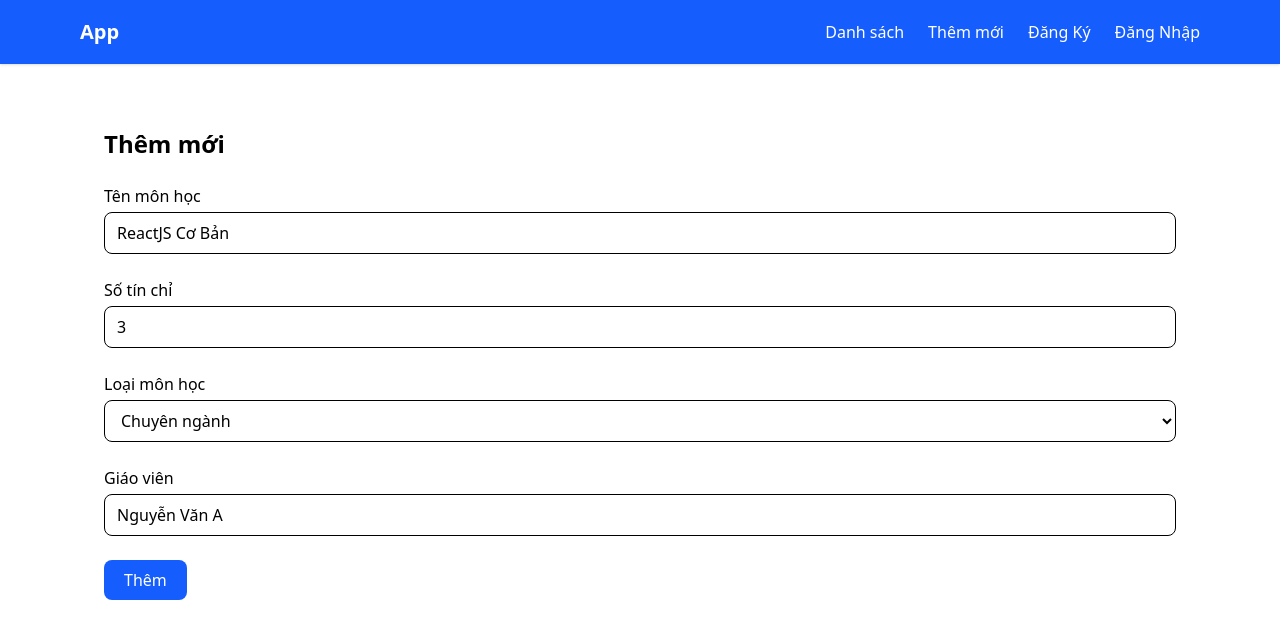
Repository: DODUCHUY195/Lap_Trinh_TypeScript
Page: /add
An editor plug-in stored every save of this project. The page is shown before and after the next save, followed by the edit.
The browser window is 1280 px wide. The pictures show the whole page.
The project was rebuilt for these pictures with package versions that can differ from the ones it lists, and the page was loaded fresh each time. Also part of the build but not shown: vite.config.ts, src/pages/List.tsx, src/pages/Edit.tsx, src/pages/AuthPage.tsx.

Above is the page before, as saved 2026-01-26 19:37:38.

### src/App.tsx
import { Toaster } from "react-hot-toast";
import { Link, Routes, Route } from "react-router-dom";

import List from "./pages/List";
import Add from "./pages/Add";
import Edit from "./pages/Edit";
import AuthPage from "./pages/AuthPage";


function App() {


  return (
    <>
      {/* NAVBAR */}

      <nav className="bg-blue-600 text-white shadow">
        <div className="max-w-6xl mx-auto px-4 h-16 flex items-center justify-between">
          <Link to="/" className="text-xl font-semibold">
            <strong>App</strong>
          </Link>

          <div className="flex items-center space-x-6">
            <Link to="/" className="hover:text-gray-200">
              Danh sách
            </Link>
            <Link to="/add" className="hover:text-gray-200">
              Thêm mới
            </Link>
             <Link to="/register" className="hover:text-gray-200">
              Đăng Ký
            </Link>
            <Link to="/login" className="hover:text-gray-200">
              Đăng Nhập
            </Link>
          </div>
        </div>
      </nav>

      <div className="max-w-6xl mx-auto mt-10 px-4">
        <Routes>
          <Route path="/" element={<List />} />
          <Route path="/add" element={<Add />} />
          <Route path="/edit/:id" element={<Edit />} />
          <Route path="/register" element={<AuthPage />} />
          <Route path="/login" element={<AuthPage isLogin={true} />} />

        </Routes>
      </div>

      <Toaster />
    </>
  );
}

export default App;

### src/pages/Add.tsx
import { useNavigate } from "react-router-dom";
import { useForm } from "react-hook-form";
import toast from "react-hot-toast";
import axios from "axios";

type FormData = {
  name: string;
  credit: number;
  category: "Cơ sở" | "Chuyên ngành" | "Đại cương";
  teacher: string;
};

function AddPage() {
  const navigate = useNavigate();
  const {
    register,
    handleSubmit,
    formState: { errors, isSubmitting },
  } = useForm<FormData>({
    mode: "onBlur",
    defaultValues: {
      name: "ReactJS Cơ Bản",
      credit: 3,
      category: "Chuyên ngành",
      teacher: "Nguyễn Văn A",
    },
  });

  const onSubmit = async (values: FormData) => {
    try {
      await axios.post("/api/subjects", values);
      toast.success("Thêm thành công");
      navigate("/");
    } catch {
      toast.error("Thêm thất bại");
    }
  };

  return (
    <div className="p-6">
      <h1 className="text-2xl font-semibold mb-6">Thêm mới</h1>
      <form className="space-y-6" onSubmit={handleSubmit(onSubmit)}>
        <div>
          <label htmlFor="name" className="block font-medium mb-1">
            Tên môn học
          </label>
          <input
            id="name"
            type="text"
            className="w-full border rounded-lg px-3 py-2 focus:outline-none focus:ring-2 focus:ring-blue-500"
            {...register("name", { required: "Bắt buộc", minLength: { value: 4, message: "Tên phải > 3 ký tự" } })}
          />
          {errors.name && <p className="text-red-600 mt-1">{errors.name.message}</p>}
        </div>

        <div>
          <label htmlFor="credit" className="block font-medium mb-1">
            Số tín chỉ
          </label>
          <input
            id="credit"
            type="number"
            className="w-full border rounded-lg px-3 py-2 focus:outline-none focus:ring-2 focus:ring-blue-500"
            {...register("credit", {
              valueAsNumber: true,
              required: "Bắt buộc",
              validate: (v) => (v > 0 ? true : "Số tín chỉ phải > 0"),
            })}
          />
          {errors.credit && <p className="text-red-600 mt-1">{errors.credit.message}</p>}
        </div>

        <div>
          <label htmlFor="category" className="block font-medium mb-1">
            Loại môn học
          </label>
          <select
            id="category"
            className="w-full border rounded-lg px-3 py-2 bg-white focus:outline-none focus:ring-2 focus:ring-blue-500"
            {...register("category", { required: "Bắt buộc" })}
          >
            <option value="Cơ sở">Cơ sở</option>
            <option value="Chuyên ngành">Chuyên ngành</option>
            <option value="Đại cương">Đại cương</option>
          </select>
          {errors.category && <p className="text-red-600 mt-1">{errors.category.message}</p>}
        </div>

        <div>
          <label htmlFor="teacher" className="block font-medium mb-1">
            Giáo viên
          </label>
          <input
            id="teacher"
            type="text"
            className="w-full border rounded-lg px-3 py-2 focus:outline-none focus:ring-2 focus:ring-blue-500"
            {...register("teacher", { required: "Bắt buộc", minLength: { value: 4, message: "Giáo viên phải > 3 ký tự" } })}
          />
          {errors.teacher && <p className="text-red-600 mt-1">{errors.teacher.message}</p>}
        </div>

        <button
          type="submit"
          disabled={isSubmitting}
          className="px-5 py-2 bg-blue-600 text-white rounded-lg hover:bg-blue-700 transition disabled:opacity-50"
        >
          {isSubmitting ? "Đang thêm..." : "Thêm"}
        </button>
      </form>
    </div>
  );
}

export default AddPage;

Loaded but not shown: index.html (common file); src/main.tsx (common file); src/index.css (common file)

After the next save:
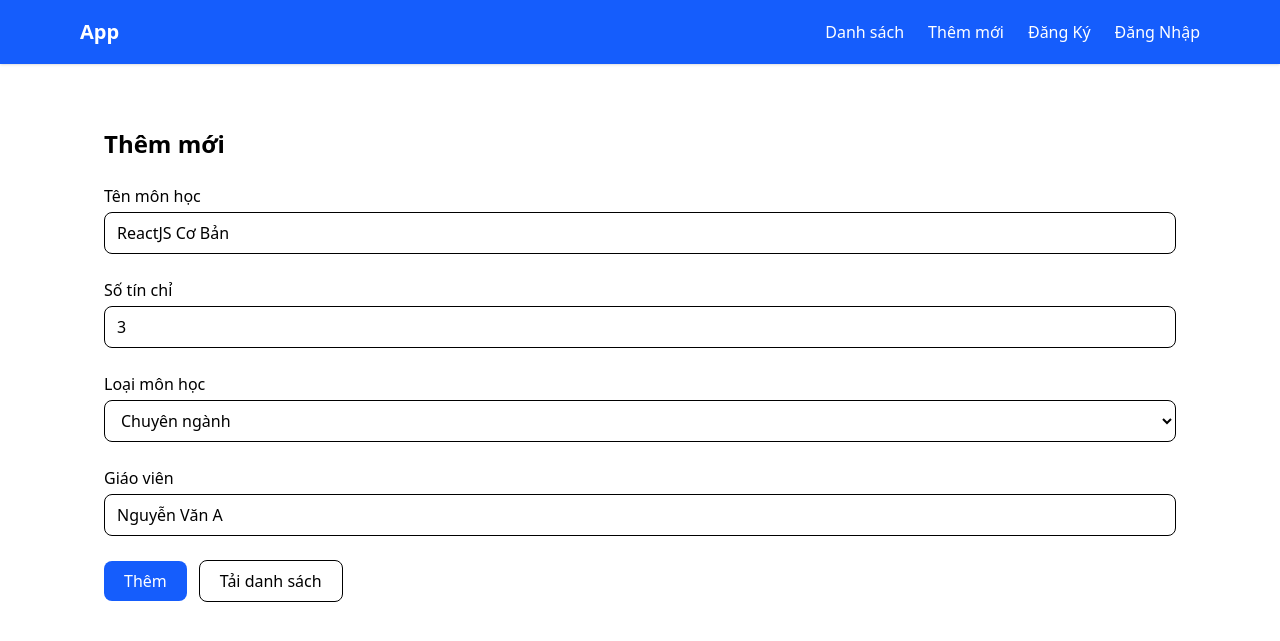
Saved 2 s later.
--- a/src/pages/Add.tsx
+++ b/src/pages/Add.tsx
@@ -33,6 +33,18 @@ function AddPage() {
       navigate("/");
     } catch {
       toast.error("Thêm thất bại");
+    }
+  };
+
+  const reloadList = async () => {
+    try {
+      const params = new URLSearchParams();
+      params.set("page", "1");
+      params.set("limit", "1000");
+      await axios.get(`/api/subjects?${params.toString()}`);
+      toast.success("Đã tải lại danh sách");
+    } catch {
+      toast.error("Tải danh sách thất bại");
     }
   };
 
@@ -106,6 +118,13 @@ function AddPage() {
         >
           {isSubmitting ? "Đang thêm..." : "Thêm"}
         </button>
+        <button
+          type="button"
+          onClick={reloadList}
+          className="ml-3 px-5 py-2 border rounded-lg"
+        >
+          Tải danh sách
+        </button>
       </form>
     </div>
   );
